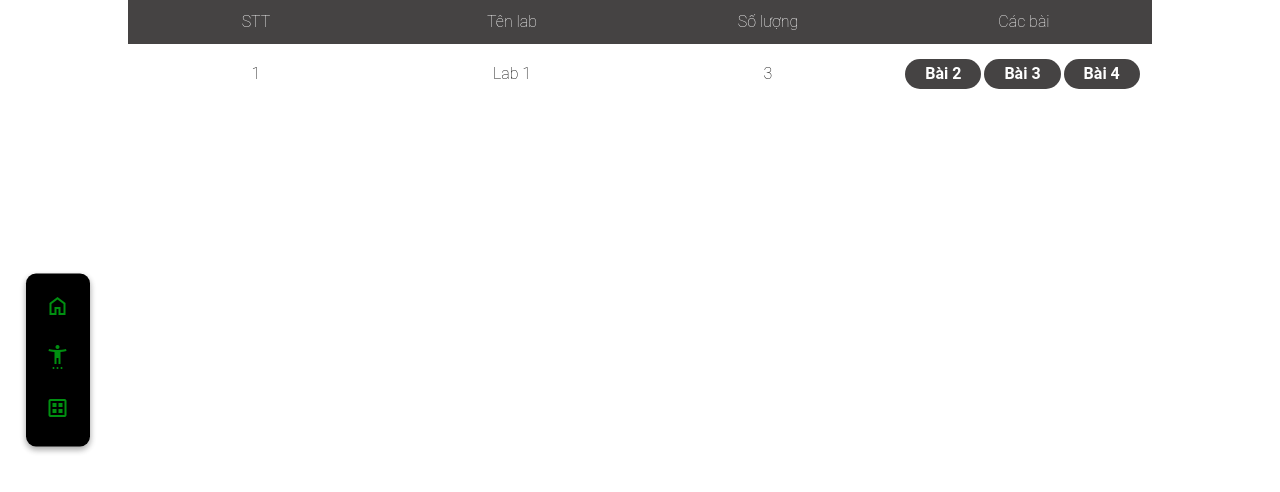
Repository: tuankiet10920/homeworkFEF
Page: /labs
The author's editor kept a copy of each file at every save. The page is drawn from the files as they stood at one save, then again after the next save.
The browser window is 1280 px wide. The pictures show the whole page.
The project was rebuilt for these pictures with package versions that can differ from the ones it lists, and the page was loaded fresh each time. Also part of the build but not shown: vite.config.js, src/components/HelloWorld.vue, src/Labs/Lab1/Bai2.vue, src/views/HomeView.vue.

Above is the page before, as saved 2024-10-22 18:30:07.

After the next save:
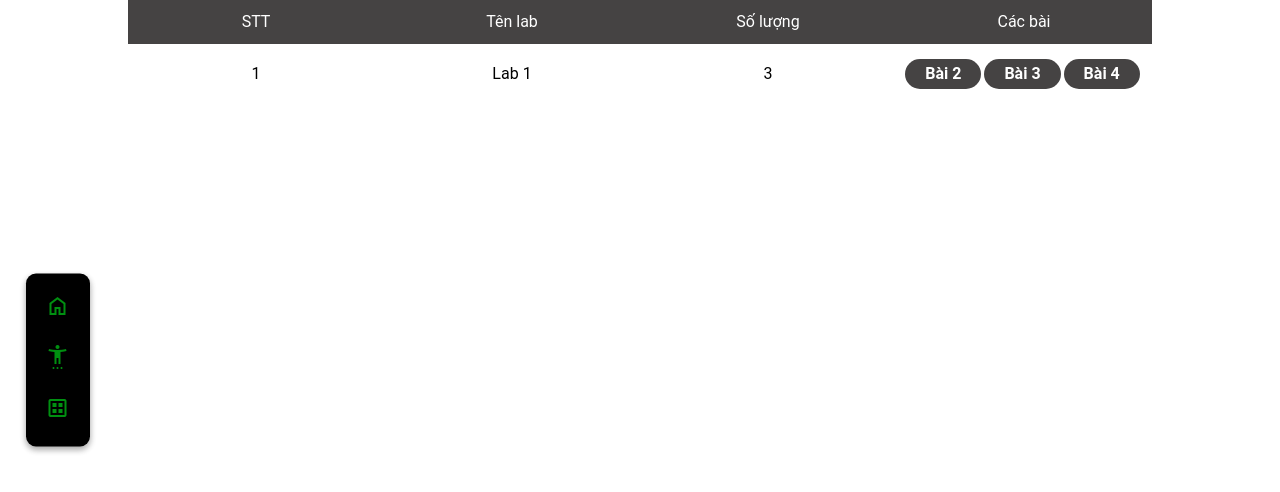
Saved 4 s later.
--- a/src/assets/css/main.css
+++ b/src/assets/css/main.css
@@ -6,6 +6,6 @@
   color: #000;
   font-size: 16px;
   font-family: 'Roboto', sans-serif;
-  font-weight: 100;
+  font-weight: 400;
   font-style: normal;
 }
